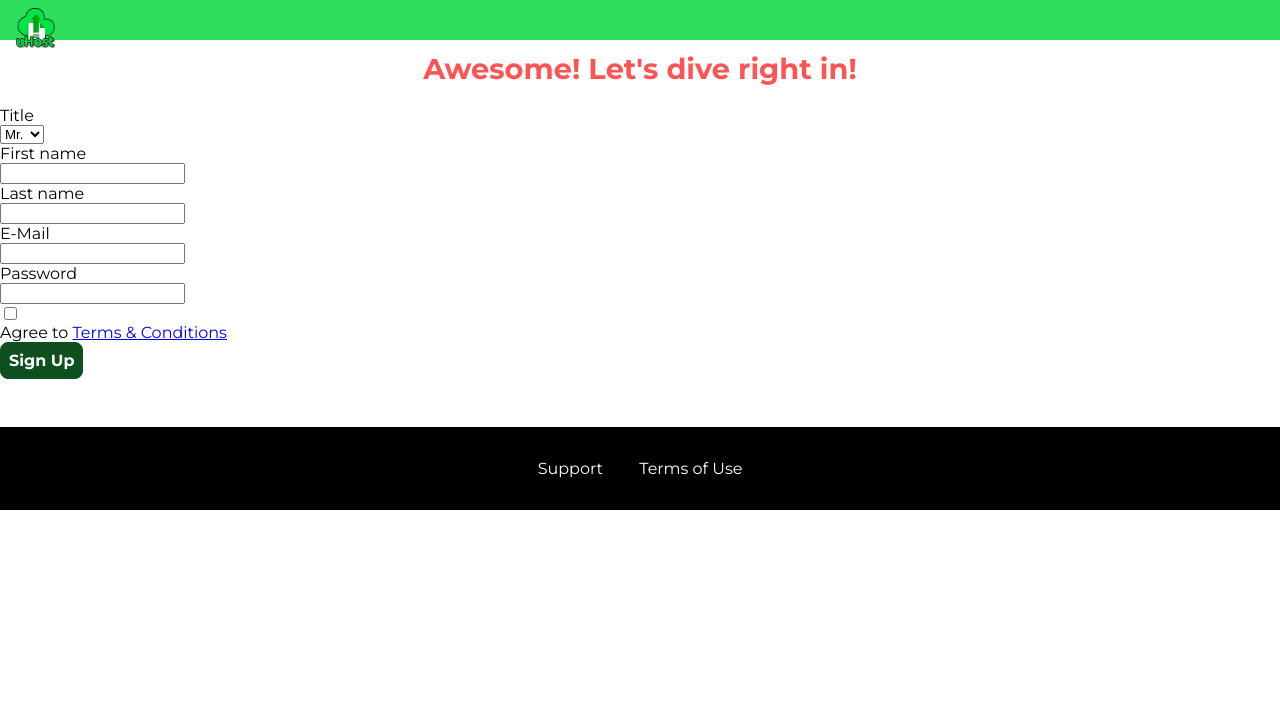
Repository: Nowacki97PL/UdemyCSS
Page: start-hosting/index.html
These files come from the project's save history. The page is drawn as it stood at one moment and after a run of saves; the edit follows.
The browser window is 1280 px wide. The pictures show the whole page.

Above is the page before, as saved 2023-11-30 09:32:28.

After the next 5 saves:
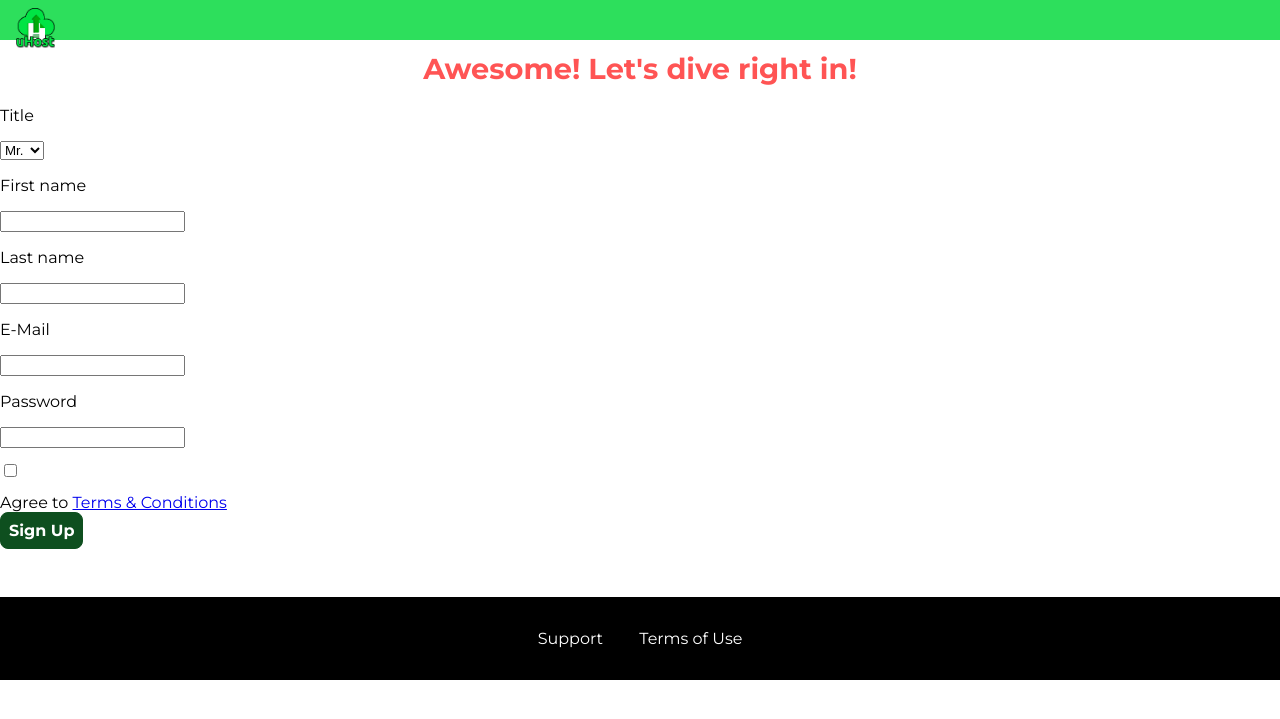
The 5 saves are shown as one change because they came seconds apart.
The last was saved 14 s later.
--- a/start-hosting/start-hosting.css
+++ b/start-hosting/start-hosting.css
@@ -12,4 +12,6 @@ main {
 .signup-form input,
 .signup-form select {
     display: block;
+    margin-top: 1rem;
+    width: ;
 }
